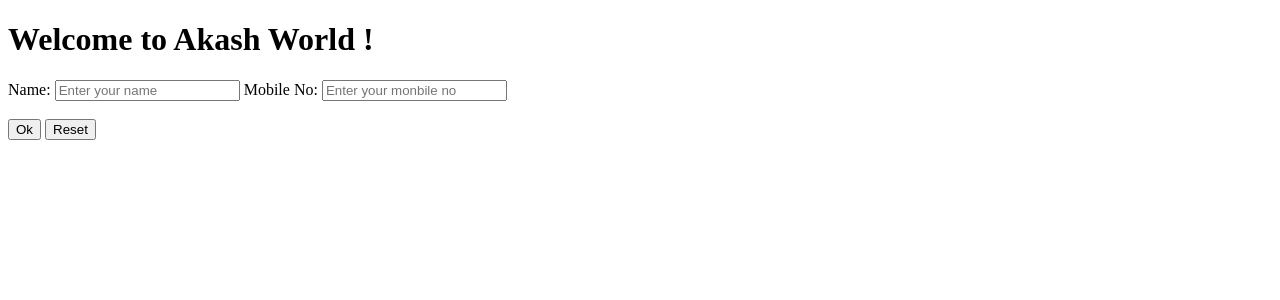
Repository: akki1071993/JavaServlet
Page: MyFirstServletApp/src/main/webapp/index.html
The author's editor kept a copy of each file at every save. The page is drawn from the files as they stood at one save, then again after the next save.
The browser window is 1280 px wide. The pictures show the whole page.

Above is the page before, as saved 2022-06-14 08:01:06.

### MyFirstServletApp/src/main/webapp/index.html
<!DOCTYPE html>
<html>
<head>
<meta charset="ISO-8859-1">
<title>Welcome to Akash World</title>
</head>
<body>
<h1>Welcome to Akash World !</h1>

<label>Name: </label>
<input type="text" name="fname"  placeholder="Enter your name" />

<label>Mobile No: </label>
<input type="text" name="fname"  placeholder="Enter your monbile no" />
<br></br>
<button type="submit">Ok</button>
<button type="reset">Reset</button>

</body>
</html>

After the next save:
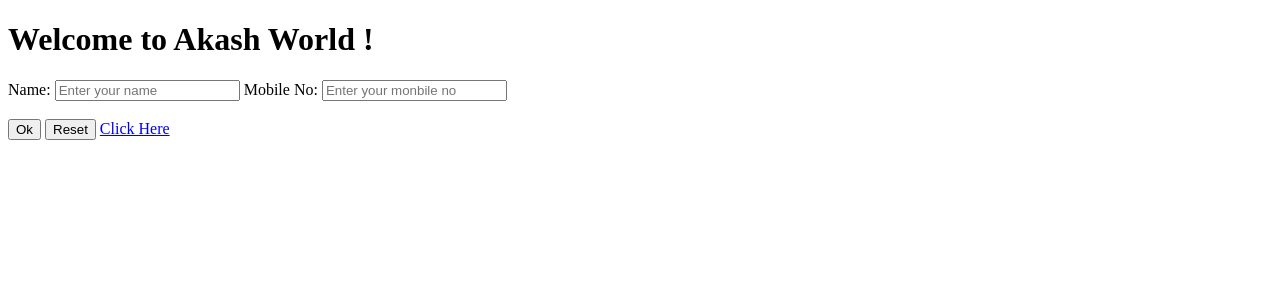
Saved 110 s later.
--- a/MyFirstServletApp/src/main/webapp/index.html
+++ b/MyFirstServletApp/src/main/webapp/index.html
@@ -16,5 +16,7 @@
 <button type="submit">Ok</button>
 <button type="reset">Reset</button>
 
+<a href="welcome"> Click Here </a>
+
 </body>
 </html>
